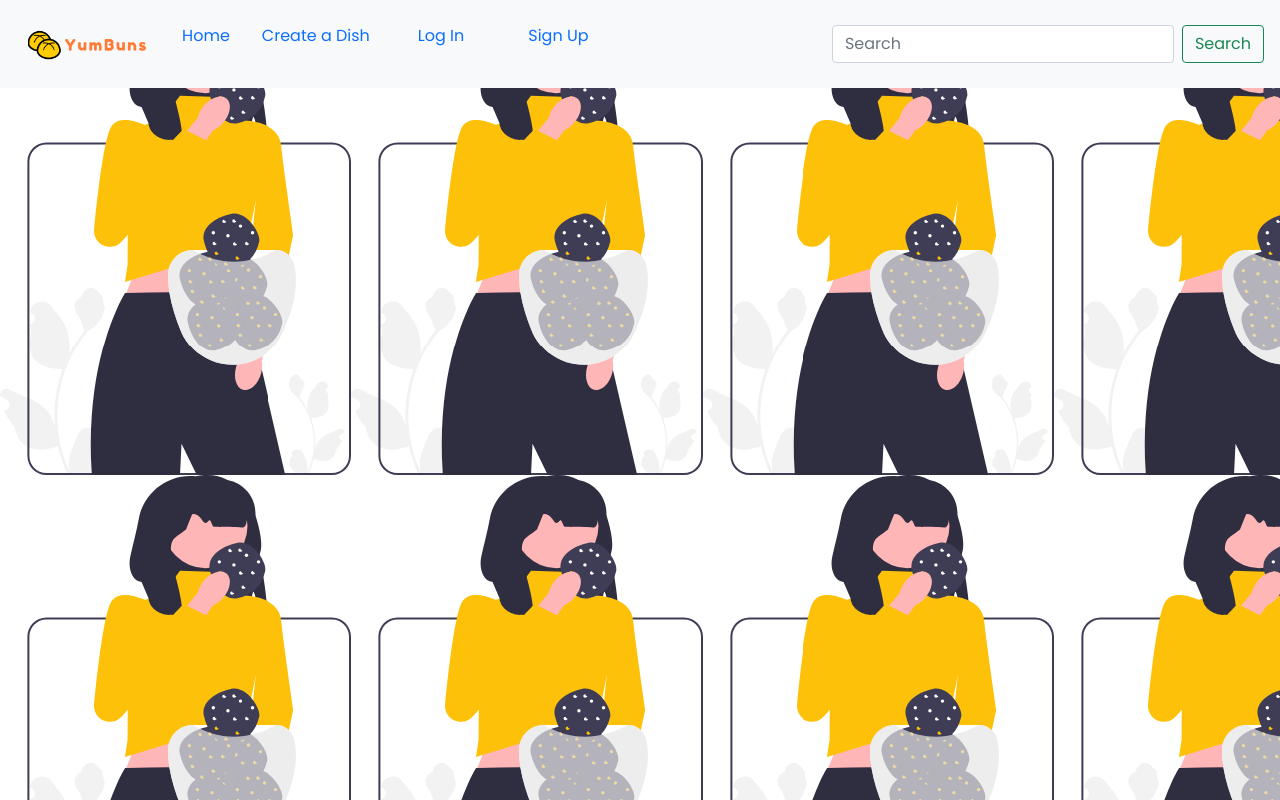
Repository: mottad14/yumBuns
Page: /account (app in client/)
These files come from the project's save history. The page is drawn as it stood at one moment and after the next save; the edit follows.
The browser window is 1280 px wide. The pictures show the whole page.
Some web fonts or font styles are not loaded; a fallback is used. The project was rebuilt for these pictures with package versions that can differ from the ones it lists, and the page was loaded fresh each time. Also part of the build but not shown: client/src/components/RecipePreview.js, client/src/views/Main.js, client/src/views/Login.js, client/src/views/NewAccount.js, client/src/views/Create.js, client/src/views/Recipe.js, client/src/components/SubscribePop.css, client/src/components/SignUp.jsx and 1 more.

Above is the page before, as saved 2022-07-30 13:35:29.

After the next save:
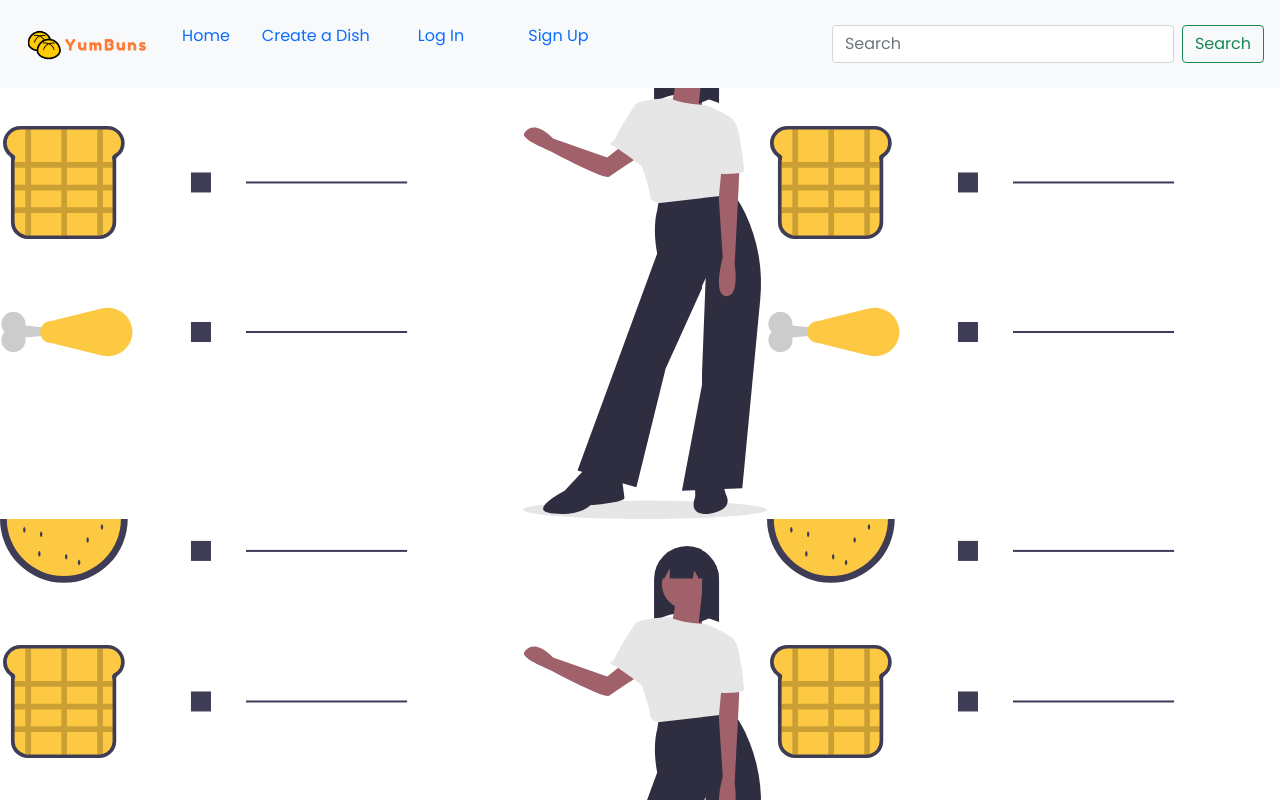
Saved 17 s later.
--- a/client/src/App.js
+++ b/client/src/App.js
@@ -11,7 +11,7 @@ import Recipe from './views/Recipe';
 import SubscribePop from './components/SubscribePop';
 import {useState, useEffect} from 'react'
 import { AuthContextProvider } from "./contexts/AuthContext";
-import eating from "./imgs/cookielove.svg"
+import eating from "./imgs/subscribe.svg"
 
 
 
